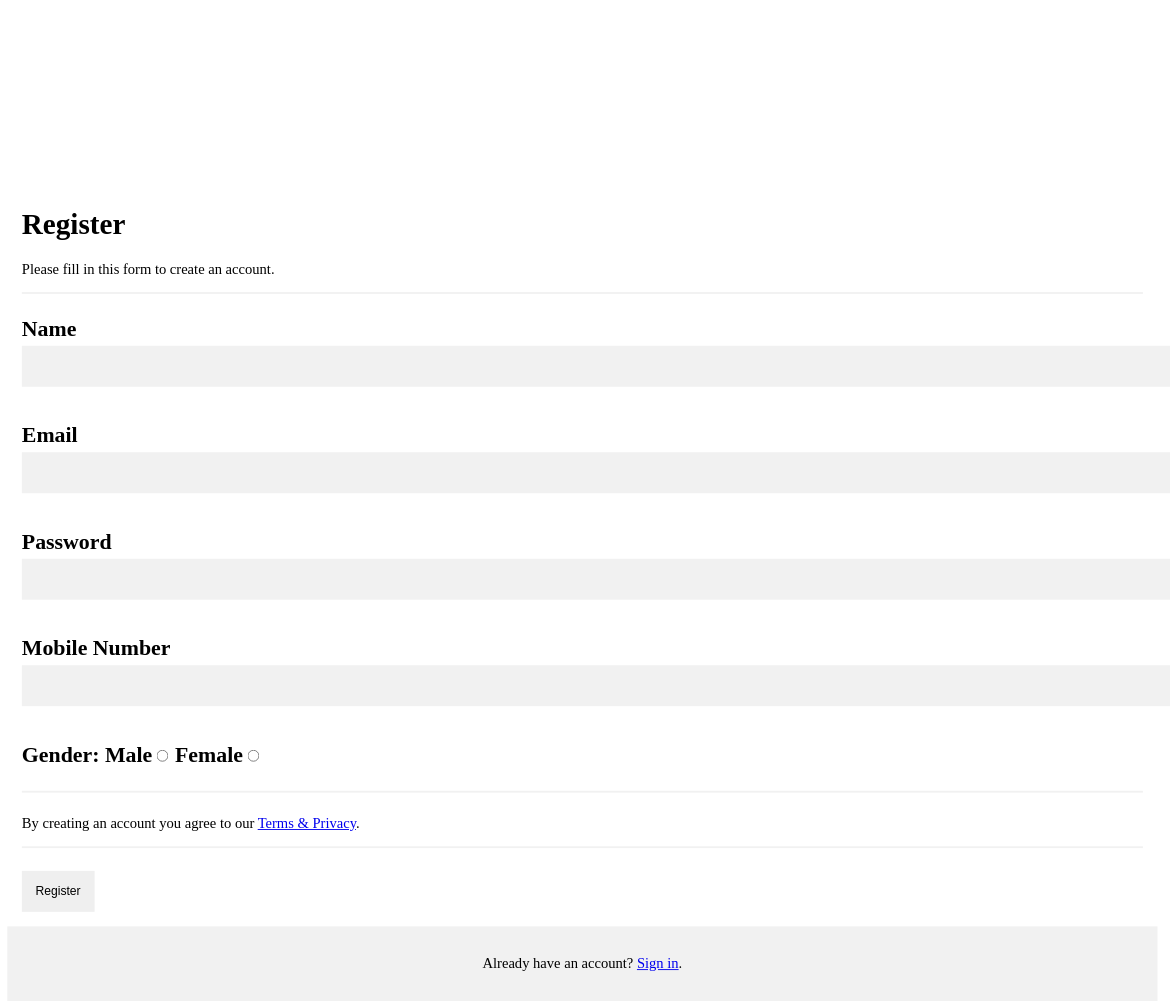
Repository: pavani122/Ecommerce
Page: http://localhost/Ecommerce/WEB-INF/view/register.jsp
An editor plug-in stored every save of this project. The page is shown before and after the next save, followed by the edit.
The browser window is 1280 px wide. The page is 1286 px wide, so the pictures cover 1286 px, including what lies to the right of the window. The pictures show the whole page, at 91% of full size.
The page is served by Tomcat 9. Nobody is signed in. Other server files are loaded and not shown. The template is opened directly, without the code that normally fills it, so the values that code supplies are empty.

Above is the page before, as saved 2022-09-01 13:06:33.

### Ecommerce/src/main/webapp/WEB-INF/view/register.jsp
<%@ page language="java" contentType="text/html; charset=ISO-8859-1"
    pageEncoding="ISO-8859-1"%>
<%@ taglib prefix="form" uri="http://www.springframework.org/tags/form" %>
<%@page isELIgnored="false" %>



<!DOCTYPE html>
<html>
<head>
<meta charset="ISO-8859-1">
<title>register</title>
</head>
<style>
.register{
text-align: center;
}
.container {
  padding: 16px;
  background-color: white;
}
hr {
  border: 1px solid #f1f1f1;
  margin-bottom: 25px;
}
input[type=text], input[type=password] {
  width: 100%;
  padding: 15px;
  margin: 5px 0 22px 0;
  display: inline-block;
  border: none;
  background: #f1f1f1;
}
input[type=text]:focus, input[type=password]:focus {
  background-color: #ddd;
  outline: none;
}
input[type=submit]
{
border: none;
padding: 15px;
text-align: center;
}
.registerbtn {
  background-color: #04AA6D;
  color: white;
  padding: 16px 20px;
  margin: 8px 0;
  border: none;
  cursor: pointer;
  width: 100%;
}
#fields{
font-size: x-large;
text-align: left;
}
.signin {
  background-color: #f1f1f1;
  text-align: center;
}
</style>
<body>
<h1>
${message }<br><br>
${notRegistered }<br><br></h1>


<form:form action="registered" modelAttribute="person">
<div class="container">
<h1>Register</h1>
    <p>Please fill in this form to create an account.</p>
    <hr>
<label id="fields"><b>Name</b></label><form:input path="name"/><br><br>
<label id="fields"><b>Email</b></label><form:input path="email"/><br><br>
<label id="fields"><b>Password</b></label><form:password path="password"/><br><br>
<label id="fields"><b>Mobile Number</b></label><form:input path="number"/><br><br>
<label id="fields"><b>Gender: </b></label>
<label id="fields"><b>Male</b></label><form:radiobutton path="gender" value="male"/>
<label id="fields"><b>Female</b></label><form:radiobutton path="gender" value="female"/>
<br><br><hr>
 <p>By creating an account you agree to our <a href="#">Terms & Privacy</a>.</p><hr>
<input type="submit" value="Register">
</div>

 <div class="container signin">
    <p>Already have an account? <a href="/Ecommerce/login">Sign in</a>.</p>
  </div>
</form:form>


</body>
</html>

After the next save:
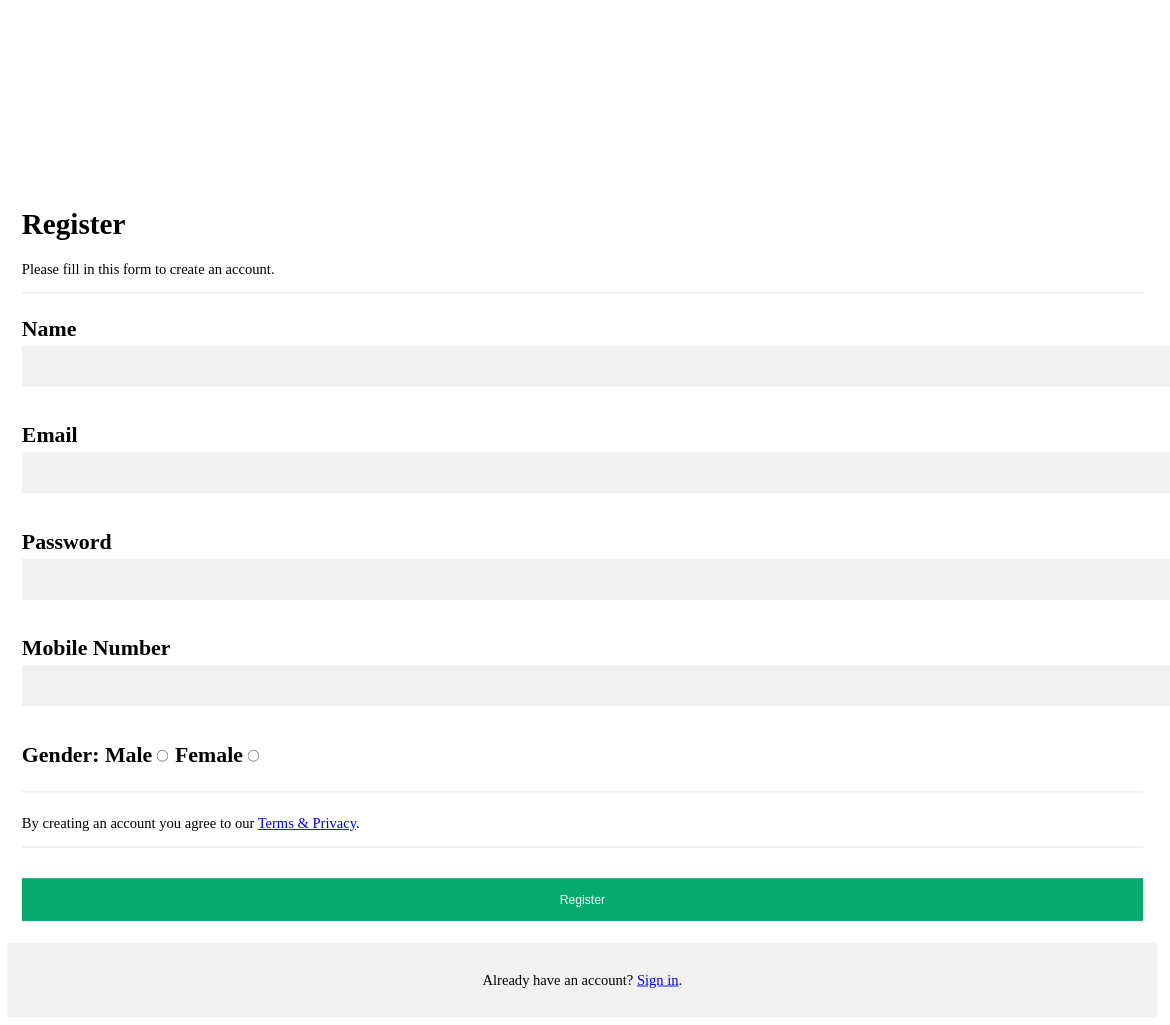
Saved 13 s later.
--- a/Ecommerce/src/main/webapp/WEB-INF/view/register.jsp
+++ b/Ecommerce/src/main/webapp/WEB-INF/view/register.jsp
@@ -40,9 +40,7 @@ input[type=submit]
 border: none;
 padding: 15px;
 text-align: center;
-}
-.registerbtn {
-  background-color: #04AA6D;
+background-color: #04AA6D;
   color: white;
   padding: 16px 20px;
   margin: 8px 0;
@@ -50,6 +48,7 @@ text-align: center;
   cursor: pointer;
   width: 100%;
 }
+
 #fields{
 font-size: x-large;
 text-align: left;
